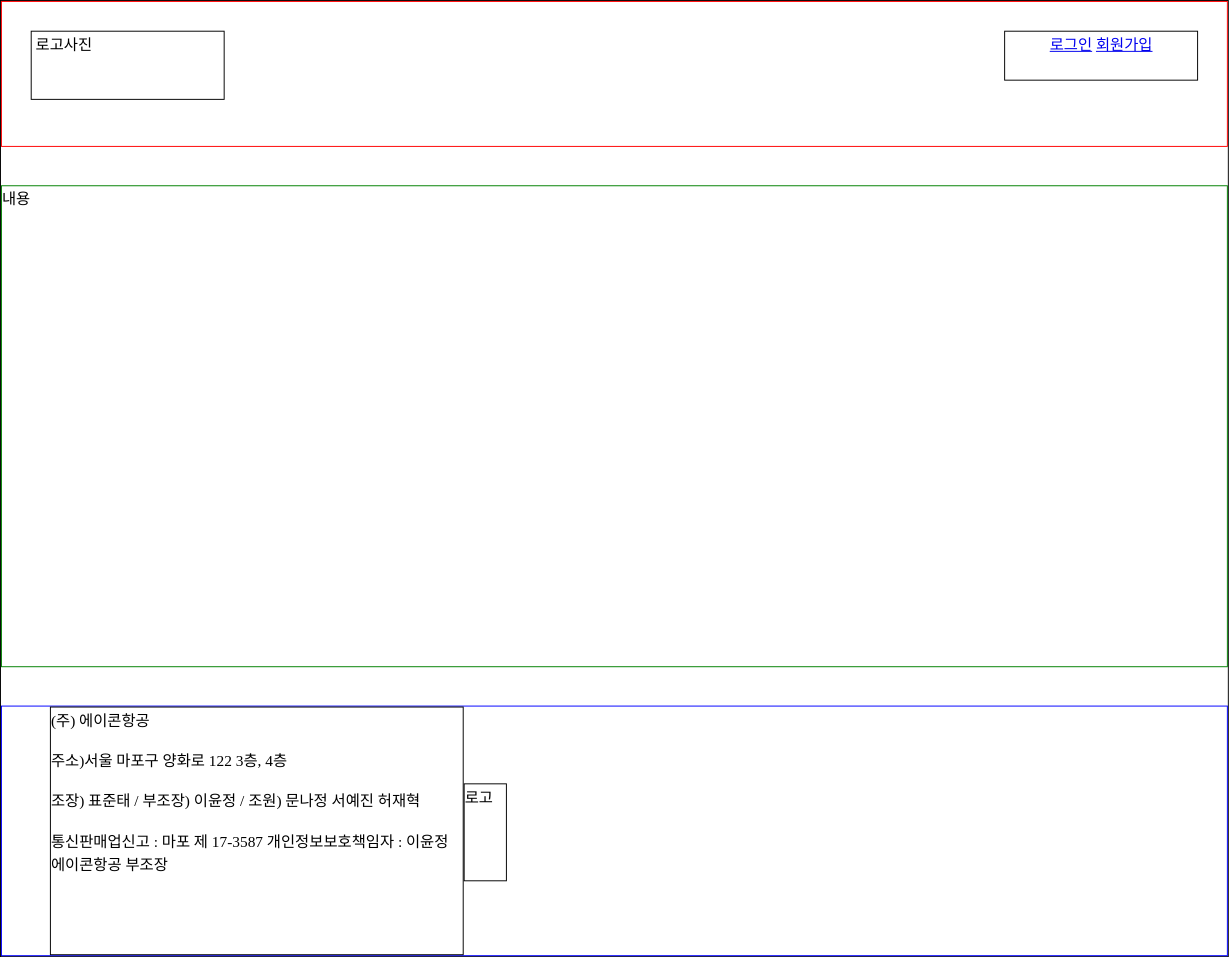
Repository: juntae710/Acorn_AirlineReservation_Project
Page: http://localhost/prj3_1/WEB-INF/views/h_index.jsp
These files come from the project's save history. The page is drawn as it stood at one moment and after the next save; the edit follows.
The browser window is 1280 px wide. The pictures show the whole page, at 96% of full size.
The page is served by Tomcat 9. Nobody is signed in. The template is opened directly, without the code that normally fills it, so the values that code supplies are empty.

Above is the page before, as saved 2023-09-20 01:18:30.

After the next save:
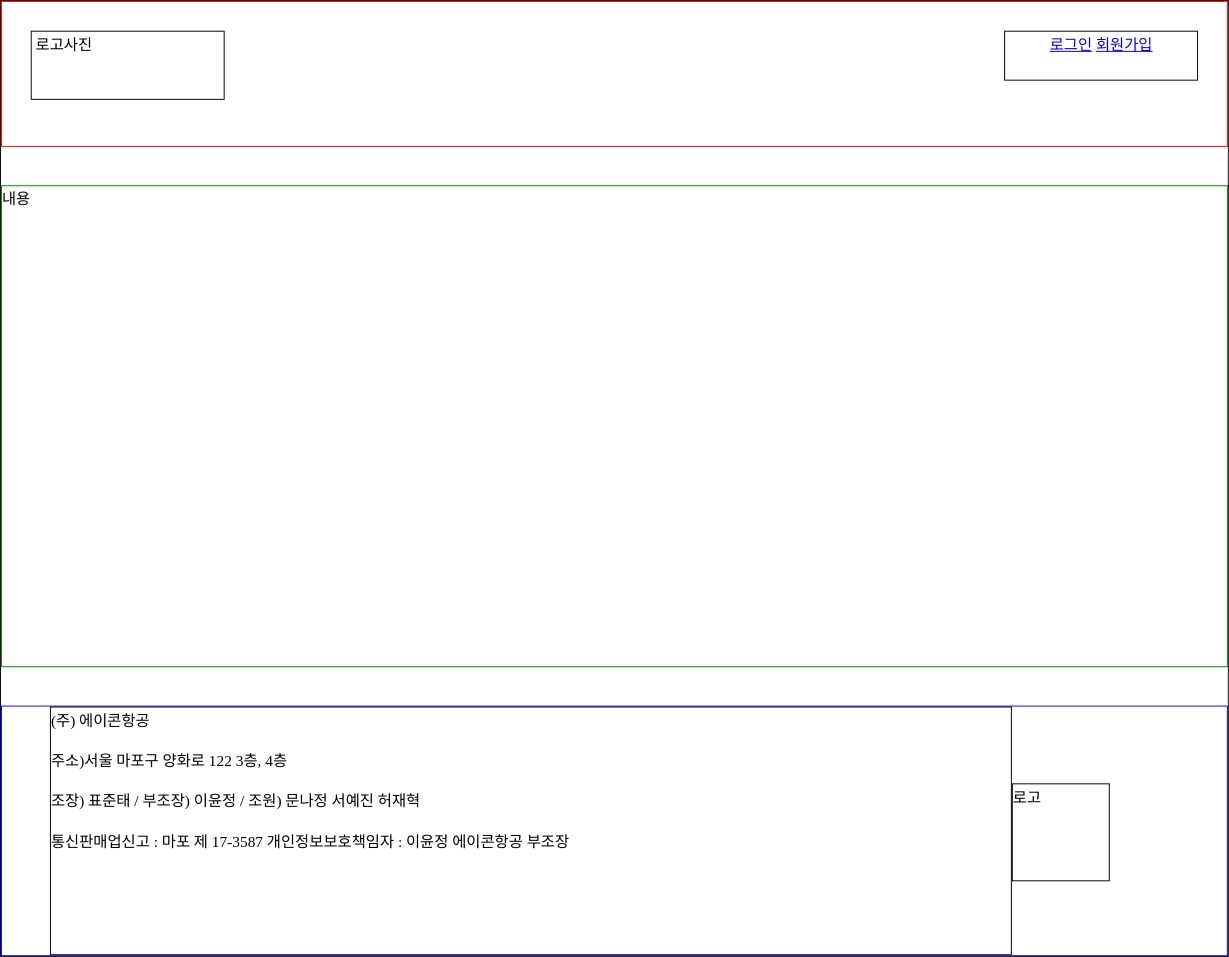
Saved 6 s later.
--- a/Eclipse/prj3_1/src/main/webapp/WEB-INF/views/h_index.jsp
+++ b/Eclipse/prj3_1/src/main/webapp/WEB-INF/views/h_index.jsp
@@ -65,7 +65,7 @@ width: 1000px;
 border: 1px solid black;
 width: 100px;
 height: 100px;
-margin-right: 750px;
+margin-right: 0px;
 margin-top: 80px;
 }
 </style>
